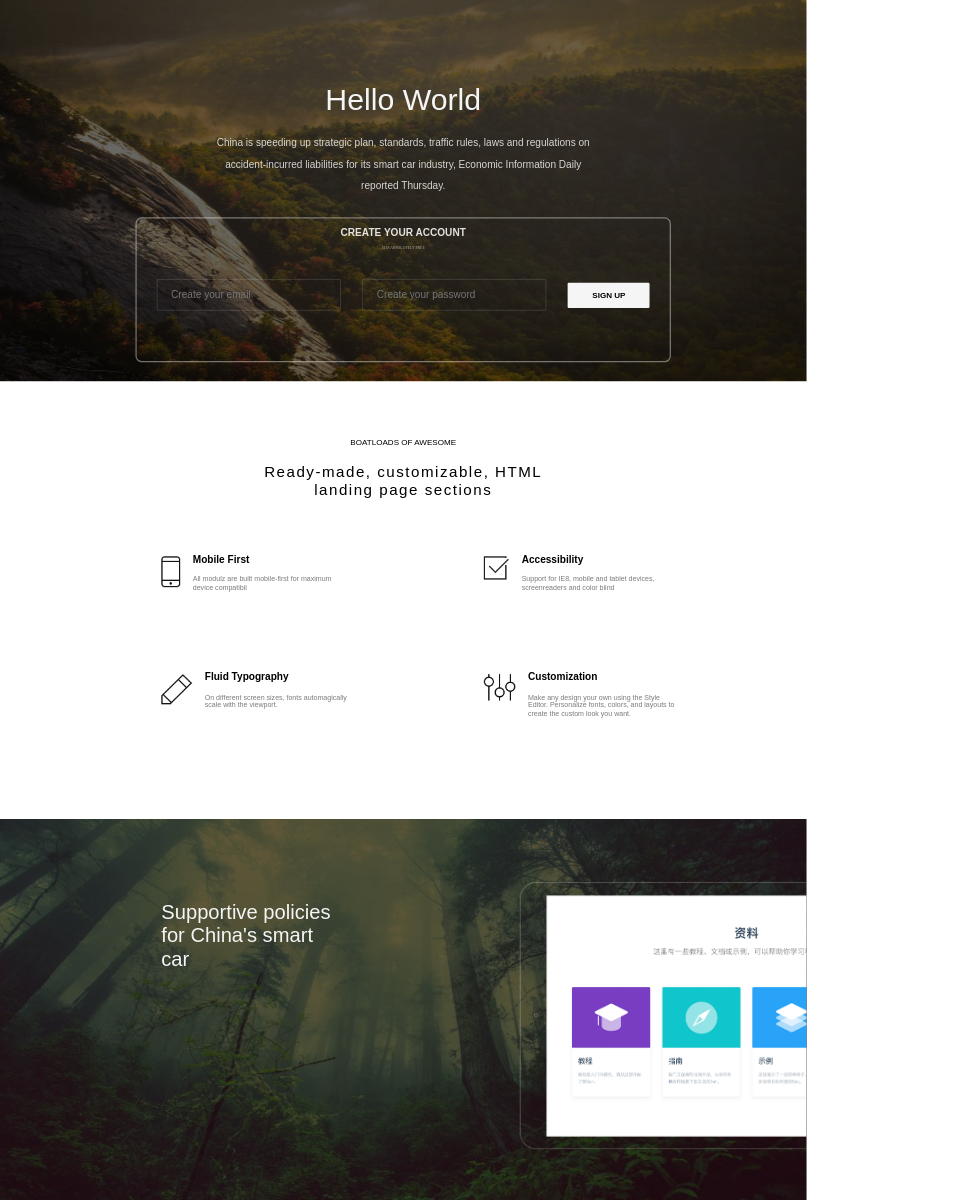
Repository: sogeisetsu/suy-ife
Page: 009-011/index.html
These files come from the project's save history. The page is drawn as it stood at one moment and after the next save; the edit follows.
The browser window is 1280 px wide. The page is 1536 px wide, then 1472 px, so the pictures cover 1536 px, including what lies to the right of the window. The pictures show the whole page, at 63% of full size.

Above is the page before, as saved 2019-10-11 23:41:59.

After the next save:
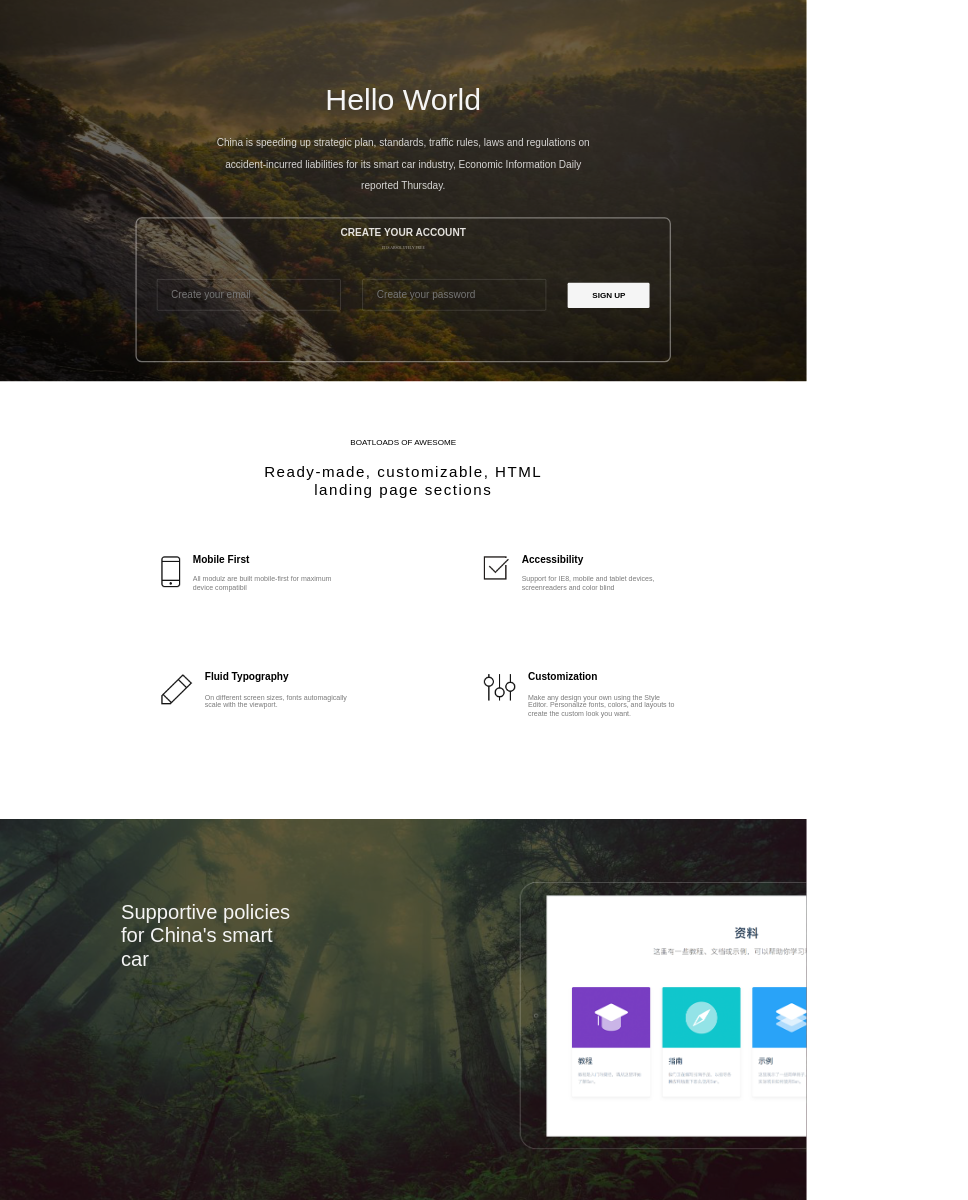
Saved 27 s later.
--- a/009-011/index.css
+++ b/009-011/index.css
@@ -165,7 +165,7 @@ input{
     color: rgba(0, 0, 0, 0.521);
 }
 .page3text{
-    left: 20%;
+    left: 15%;
     bottom: 605px;
     position: relative;
 }
